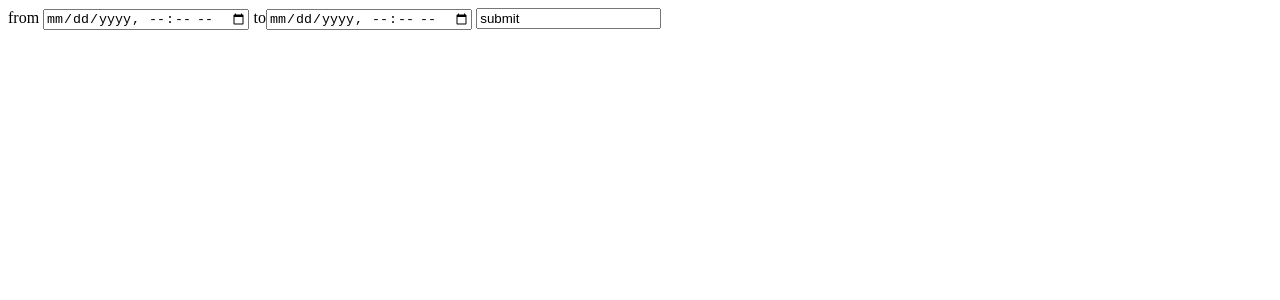
Repository: shiroikumakoori/studentProjecthHibernate
Page: http://localhost/bankApplication/viewTransaction.jsp
These files come from the project's save history. The page is drawn as it stood at one moment and after the next save; the edit follows.
The browser window is 1280 px wide. The pictures show the whole page.
The page is served by Tomcat 9.

Above is the page before, as saved 2022-09-02 08:05:16.

After the next save:
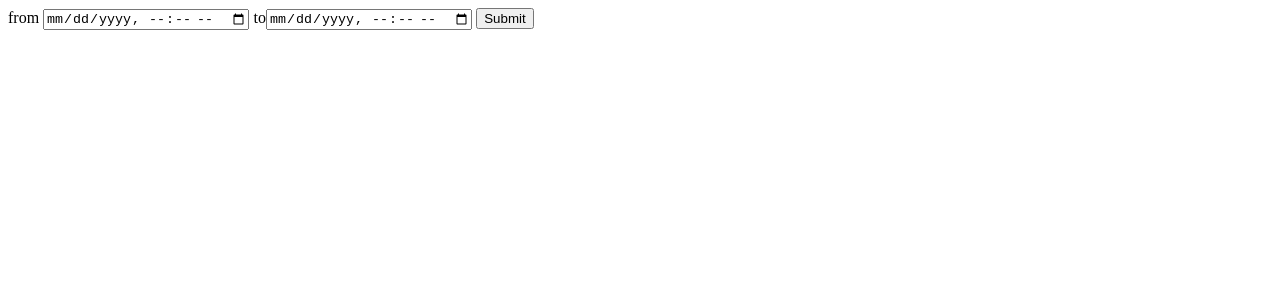
Saved 16 min 26 s later.
--- a/blankApplication/bankApplication/src/main/webapp/viewTransaction.jsp
+++ b/blankApplication/bankApplication/src/main/webapp/viewTransaction.jsp
@@ -12,7 +12,7 @@
 <form action="/bankApplication/viewRangeTransaction" >
  <label>from</label> <input type="datetime-local" name="from" >
   <label>to</label><input type="datetime-local" name="from" >
-  <input value="submit">
+ 	 <input type="submit">
  </form>
 
  <table>
@@ -43,7 +43,7 @@
 			<td><%=cus.get_debit() %> </td>
 
 			<td>
-				 <input type="submit"> Approve
+
 
 			</td>
 			</tr>
